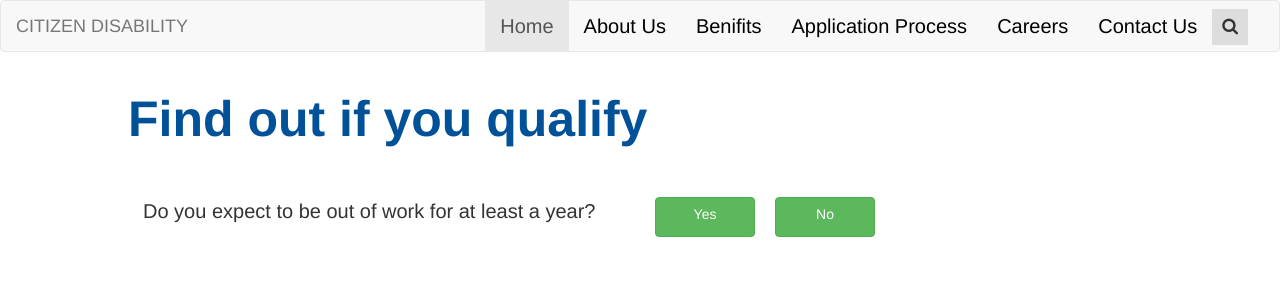
Repository: welcome0605/Embed-html-integrate-with-API
Page: Home.html
These files come from the project's save history. The page is drawn as it stood at one moment and after the next save; the edit follows.
The browser window is 1280 px wide. The pictures show the whole page.

Above is the page before, as saved 2019-04-27 15:27:55.

### Home.html
<!DOCTYPE html>
<html lang="en">
<head>
  <title>CITIZEN DISABILITY</title>
  <meta charset="utf-8">
  <meta name="viewport" content="width=device-width, initial-scale=1">
  <link rel="stylesheet" href="https://maxcdn.bootstrapcdn.com/bootstrap/3.4.0/css/bootstrap.min.css">
  <script src="https://ajax.googleapis.com/ajax/libs/jquery/3.3.1/jquery.min.js"></script>
  <script src="https://maxcdn.bootstrapcdn.com/bootstrap/3.4.0/js/bootstrap.min.js"></script>
  <link rel = "stylesheet" type = "text/css" href = "./css/base.css" />
  <link rel="stylesheet" href="https://cdnjs.cloudflare.com/ajax/libs/font-awesome/4.7.0/css/font-awesome.min.css">
</head>
<body>

<nav class="navbar navbar-default">
  <div class="container-fluid">
    <div class="navbar-header">
      <a class="navbar-brand" href="Home.html">CITIZEN DISABILITY</a>
    </div>
    <ul class="nav navbar-nav div_right">
      <li class="active"><a href="Home.html">Home</a></li>
      <li><a href="About Us.html">About Us</a></li>
      <li><a href="Benifits.html">Benifits</a></li>
      <li><a href="Application Process.html">Application Process</a></li>
      <li><a href="Careers.html">Careers</a></li>
      <li><a href="Contact Us.html">Contact Us</a></li>
      <!-- <input type="text" placeholder="Search.." name="search"> -->
      <button type="button"><i class="fa fa-search"></i></button>
    </ul>
  </div>
</nav>

<div class="container">
  <!-- <h3>Basic Navbar Example1</h3>
  <p>A navigation bar is a navigation header that is placed at the top of the page.</p> -->
  <!-- <form method="POST"> -->
    <!-- <div class="div_entire"> -->
      <div class="row"><h2 class="title">Find out if you qualify</h2></div>
      <div class="row radio_buttons" >
        <div class="col-md-6 div_label">Do you expect to be out of work for at least a year?</div>
        <div class="col-md-6 btn-group-toggle" data-toggle="buttons">
          <label class="btn btn-success radio_q"><input type="radio"  value="Yes"  class="form_input valid" >Yes</label>
          <label class="btn btn-success radio_q"><input type="radio"  value="No"  class="form_input valid" >No</label>
        </div>
      </div>
      <!-- <input type="submit" value="Submit"> -->
    <!-- </div> -->
  <!-- </form> -->
</div>

</body>
</html>

### css/base.css
navbar-default .navbar-nav>.active>a, .navbar-default .navbar-nav>.active>a:focus, .navbar-default .navbar-nav>.active>a:hover {
    background-color: #005197 !important;
    color: white;
}

.navbar-default .navbar-nav>li>a {
    color: black;
    font-size: 20px;
}

.div_right input[type=text] {
    padding: 6px;
    margin-top: 8px;
    font-size: 17px;
    border: none;
}

.div_right button {
    float: right;
    padding: 6px 10px;
    margin-top: 8px;
    margin-right: 16px;
    background: #ddd;
    font-size: 17px;
    border: none;
    cursor: pointer;
}

.div_right {
    float: right;
}

/* .radio_buttons {
    display: inline-flex;
} */

.div_label {
    font-size: 20px;
    /* margin-right: 500px; */
}

.btn-group-toggle {
    display: inline-flex;
}

.radio_q {
    width: 500px;
    margin-right: 20px;
    width: 100px;
    height: 40px;
}

.radio_q:active {
    background-color: #005197;
}

.title {
    color: #005197;
    font-weight: 700;
    margin-bottom: 50px;
    font-size: 50px;
}

.container {
    margin: auto 10% auto 10% !important;
    width: 80%;
}

After the next save:
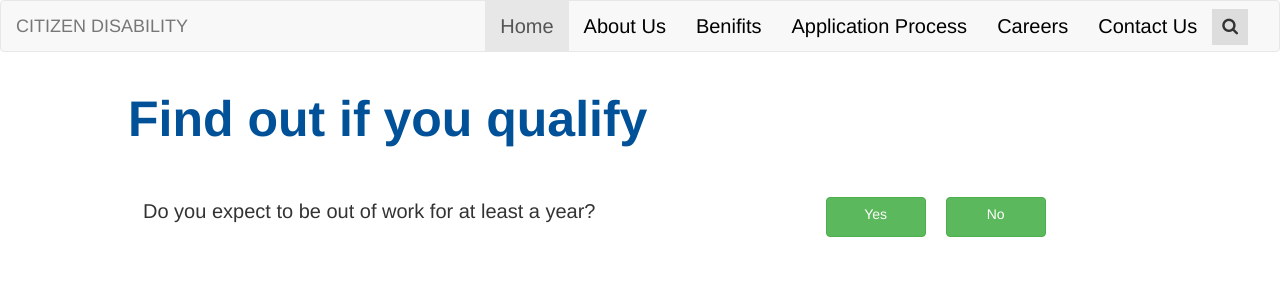
Saved 31 s later.
--- a/Home.html
+++ b/Home.html
@@ -38,7 +38,8 @@
       <div class="row"><h2 class="title">Find out if you qualify</h2></div>
       <div class="row radio_buttons" >
         <div class="col-md-6 div_label">Do you expect to be out of work for at least a year?</div>
-        <div class="col-md-6 btn-group-toggle" data-toggle="buttons">
+        <div class="col-md-2"></div>
+        <div class="col-md-4 btn-group-toggle" data-toggle="buttons">
           <label class="btn btn-success radio_q"><input type="radio"  value="Yes"  class="form_input valid" >Yes</label>
           <label class="btn btn-success radio_q"><input type="radio"  value="No"  class="form_input valid" >No</label>
         </div>
